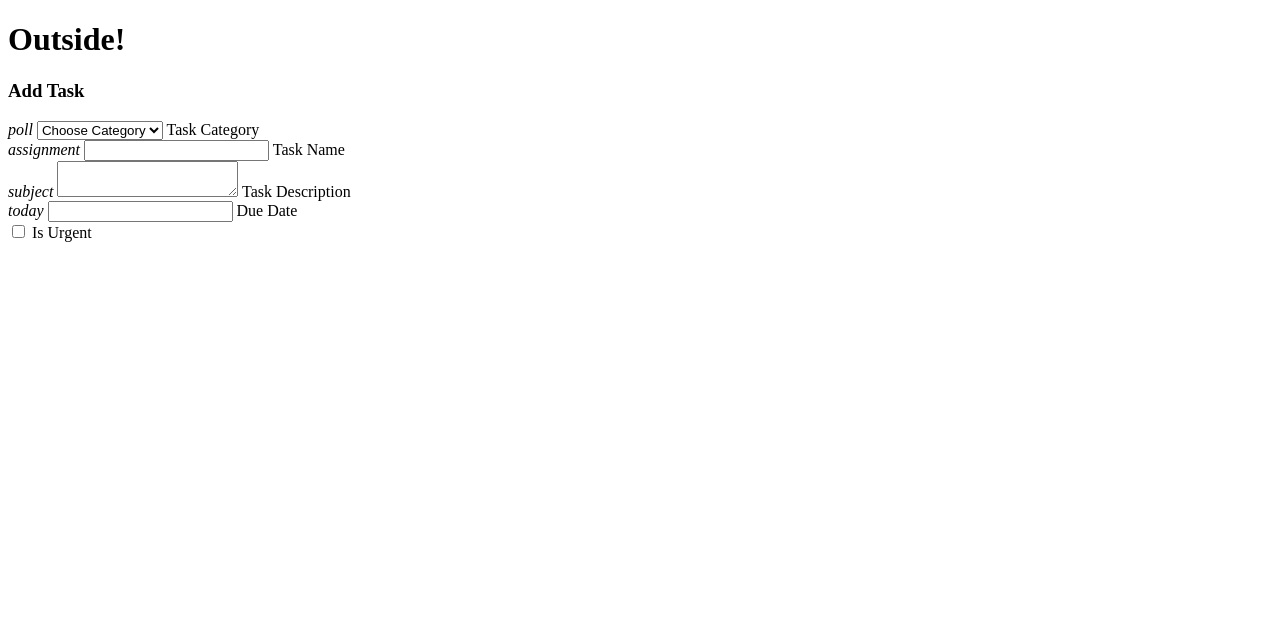
Repository: cesole/task_manager
Page: http://localhost/add_task
The author's editor kept a record of every edit. The page is drawn from the files as they stood at one moment, then again after the next edit.
The browser window is 1280 px wide. The pictures show the whole page.
The page is served by the project's application, run on Flask 3 (app.py). Queries for data that is not in the repository find no rows.

Above is the page before.

After the next edit:
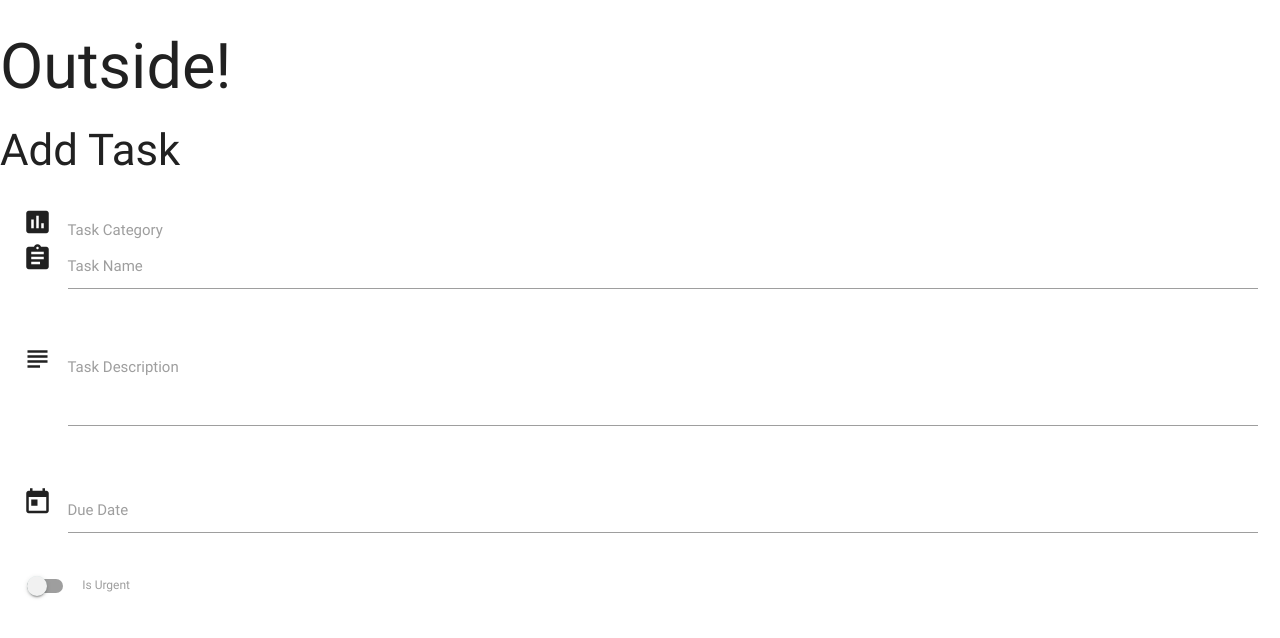
The edit:
--- a/templates/base.html
+++ b/templates/base.html
@@ -4,6 +4,8 @@
     <meta charset="UTF-8">
     <meta name="viewport" content="width=device-width, initial-scale=1.0">
     <meta http-equiv="X-UA-Compatible" content="ie=edge">
+    <link href="https://fonts.googleapis.com/icon?family=Material+Icons" rel="stylesheet">
+    <link rel="stylesheet"  href="https://cdnjs.cloudflare.com/ajax/libs/materialize/0.100.2/css/materialize.min.css">
     <title>Document</title>
 </head>
 <body>
